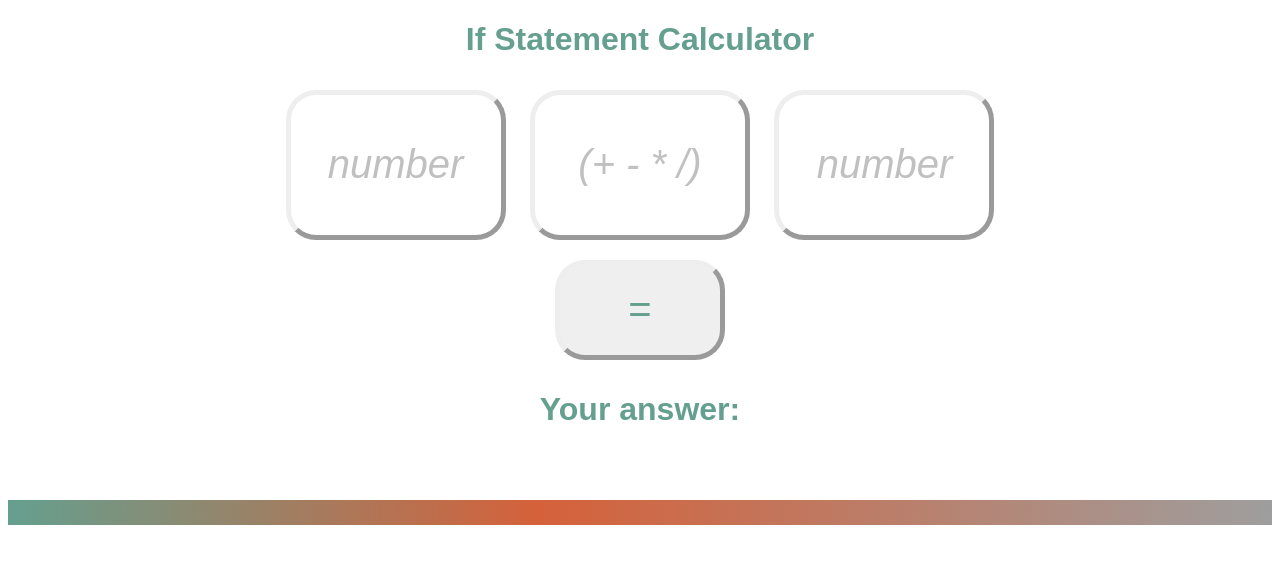
Repository: WesleyErasmus/threeInputCalculator
Page: html/switch-calculator.html
An editor plug-in stored every save of this project. The page is shown before and after the next save, followed by the edit.
The browser window is 1280 px wide. The pictures show the whole page.

Above is the page before, as saved 2022-04-27 23:06:24.

After the next save:
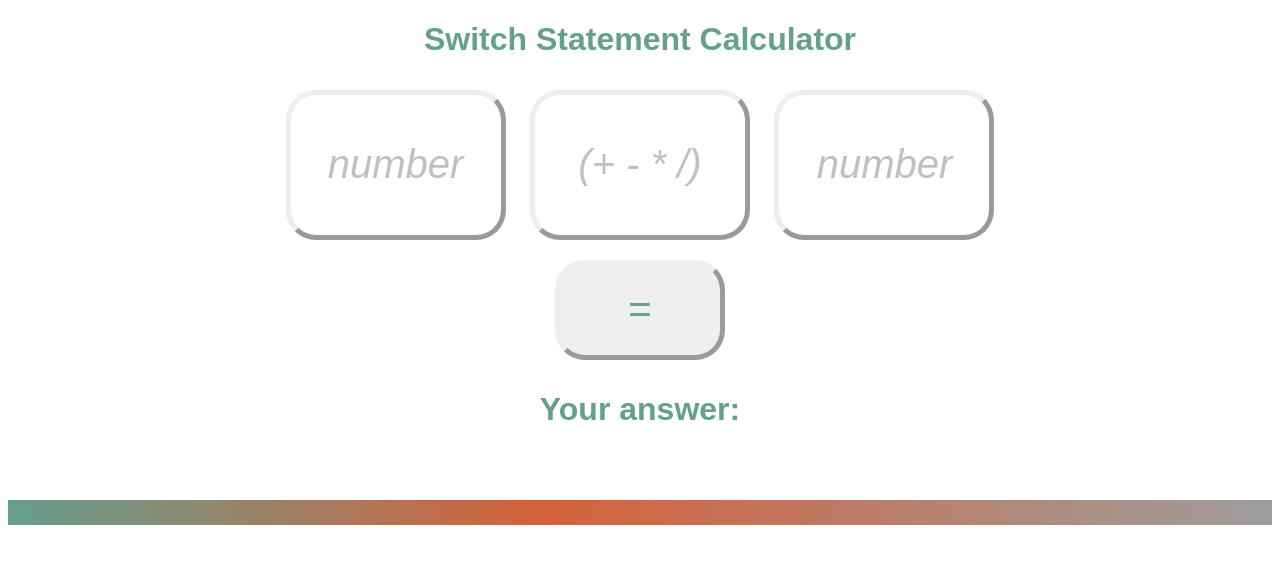
Saved 13 s later.
--- a/html/switch-calculator.html
+++ b/html/switch-calculator.html
@@ -12,7 +12,7 @@
 
     <center>
         <form onsubmit="return false;">
-            <h1>If Statement Calculator</h1>
+            <h1>Switch Statement Calculator</h1>
              <input id="input1" type="text" name = "input1" placeholder="number"> <!-- input-1 -->
              <input id="input3" type="text" name = "input3" placeholder="(+ - * /)"> <!-- input-3 (operator) -->
              <input id="input2" type="text" name = "input2" placeholder="number"> <!-- input-2 -->
